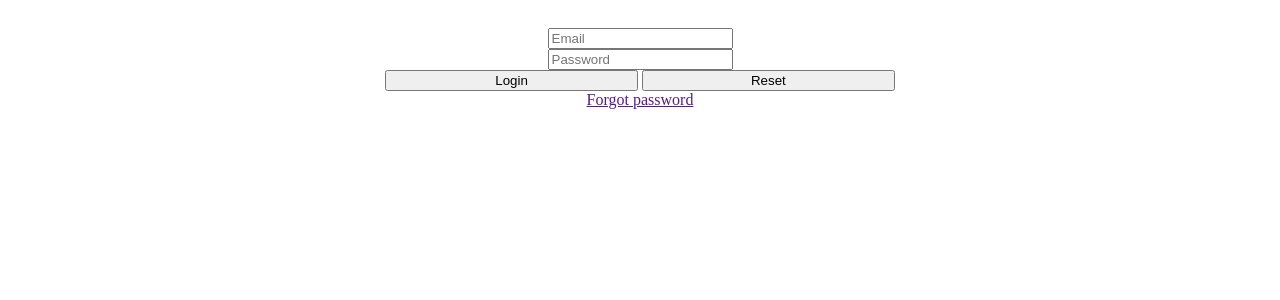
Repository: Indurupi/FriendZone
Page: FriendZoneFrontEnd/WebContent/js/service/login.html
These files come from the project's save history. The page is drawn as it stood at one moment and after the next save; the edit follows.
The browser window is 1280 px wide. The pictures show the whole page.

Above is the page before, as saved 2017-03-20 09:17:24.

### FriendZoneFrontEnd/WebContent/js/service/login.html
<!DOCTYPE html>
<html>
<head>
<meta charset="ISO-8859-1">
<title>Friendzone</title>
<style type="text/css">

</style>
</head>
<body>
								<div align="center" id="login page">
									<form style="padding-top: 20px">
										<div class="input-group" id="LoginUsername">
											<span class="input-group-addon" id="basic-addon1">
												<div class="glyphicon glyphicon-user"></div>
											</span> <input type="text" class="form-control" placeholder="Email"
												aria-describedby="basic-addon1" />
										</div>

										<div class="input-group">
											<span class="input-group-addon" id="basic-addon1">
												<div class="glyphicon glyphicon-lock"></div>
											</span> <input type="password" class="form-control"
												placeholder="Password" aria-describedby="basic-addon1" />
										</div>


										<button class="btn" id="custom-button" style="width: 20%" type="submit">Login</button>
										<button class="btn" id="custom-button" style="width: 20%" type="reset">Reset</button>
										<br> <a href="">Forgot password</a>
									</form>
								</div>
</body>
</html>

After the next save:
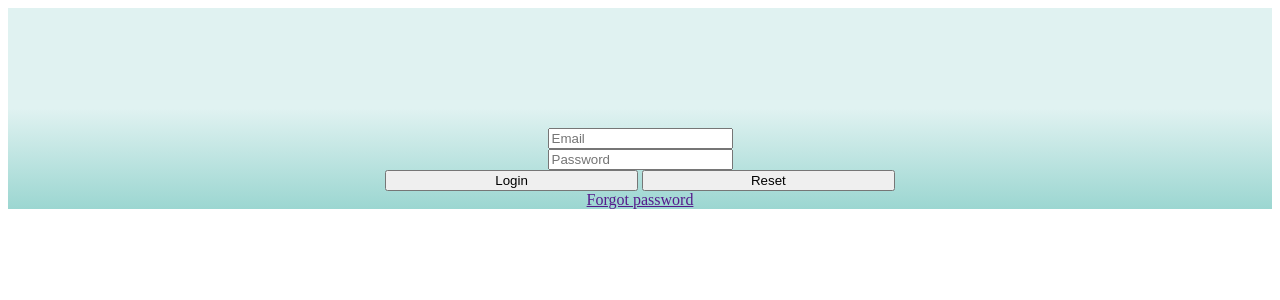
Saved 49 s later.
--- a/FriendZoneFrontEnd/WebContent/js/service/login.html
+++ b/FriendZoneFrontEnd/WebContent/js/service/login.html
@@ -4,11 +4,17 @@
 <meta charset="ISO-8859-1">
 <title>Friendzone</title>
 <style type="text/css">
+#loginpage
+{
+background: linear-gradient(to bottom, #e0f2f1 50%, #80cbc4 120%);
+	color: #ffffff;
+	padding-top: 100px;
 
+}
 </style>
 </head>
 <body>
-								<div align="center" id="login page">
+								<div align="center" id="loginpage">
 									<form style="padding-top: 20px">
 										<div class="input-group" id="LoginUsername">
 											<span class="input-group-addon" id="basic-addon1">
